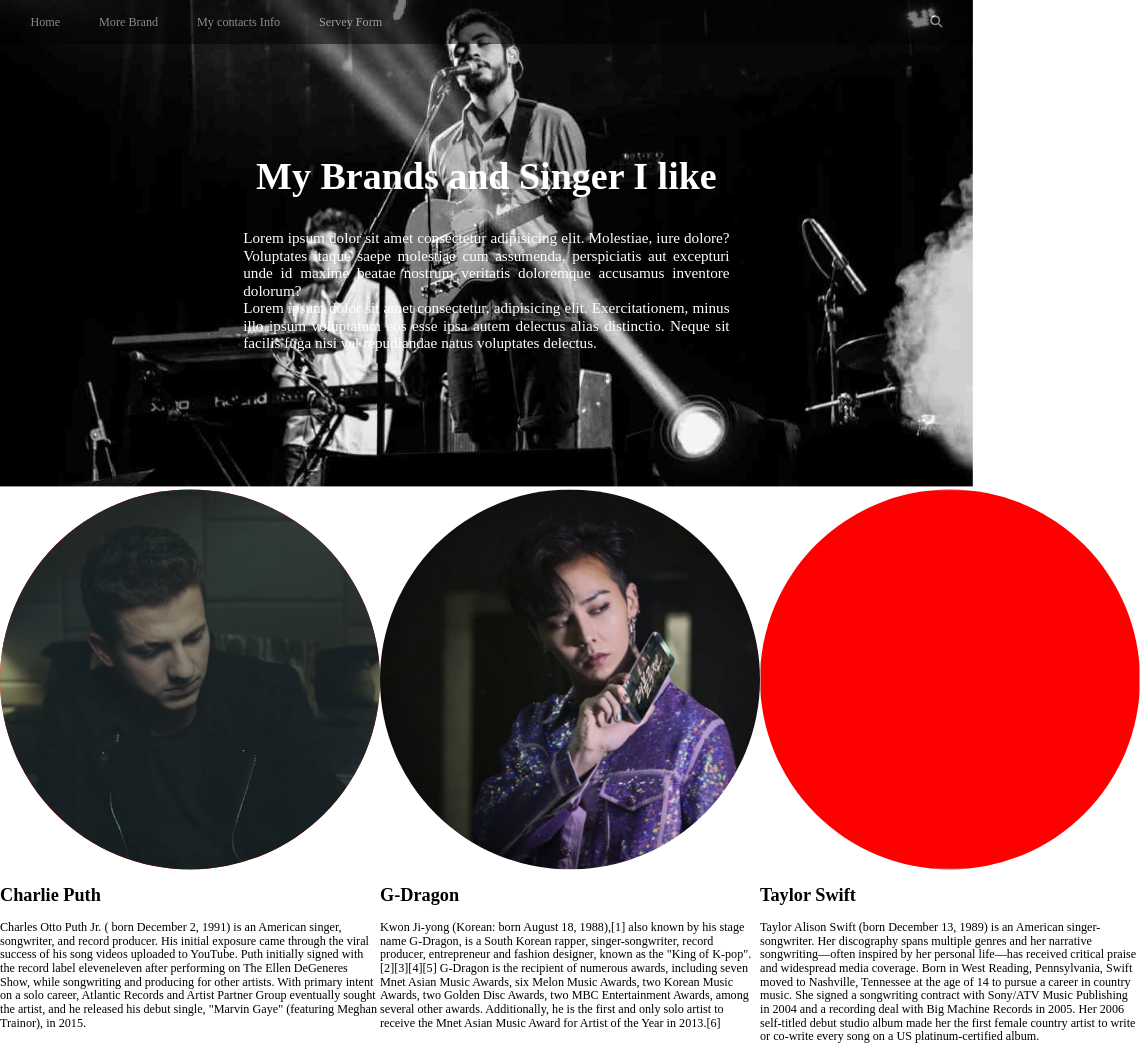
Repository: MinChea36/asm
Page: ASSM1.html
An editor plug-in stored every save of this project. The page is shown before and after the next save, followed by the edit.
The browser window is 1280 px wide. The page is 1500 px wide, so the pictures cover 1500 px, including what lies to the right of the window. The pictures show the whole page, at 76% of full size.

Above is the page before, as saved 2022-09-22 22:25:22.

After the next save:
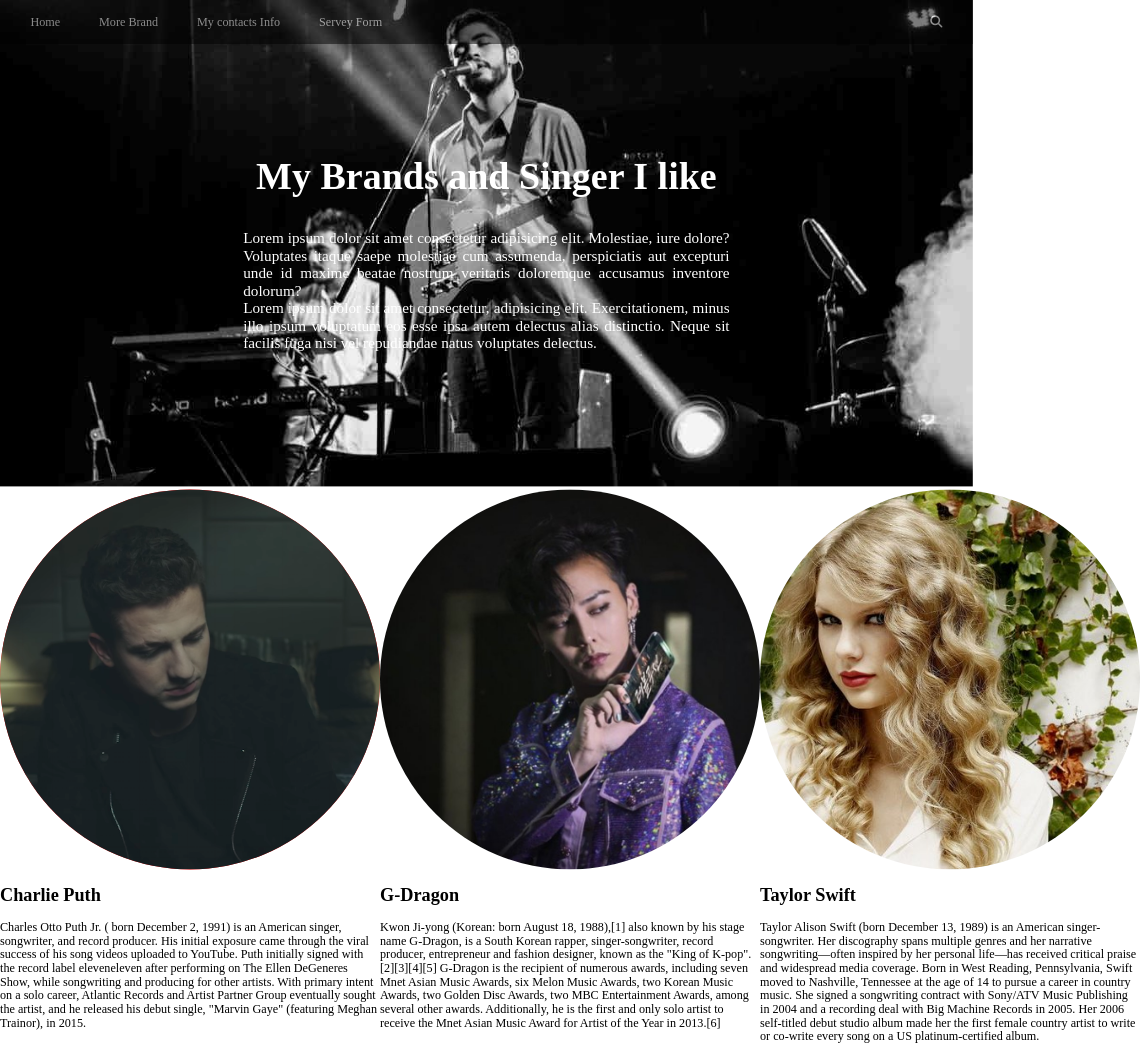
Saved 5 s later.
--- a/ASSM1.html
+++ b/ASSM1.html
@@ -51,7 +51,7 @@
         </div>
         <div class="row">
             <div class="card-img">
-               <img src="" alt="">
+               <img src="images814767taylorsw-c29a.jpg" alt="">
             </div>
             <div class="singers-text">
             <h2>Taylor Swift</h2>
